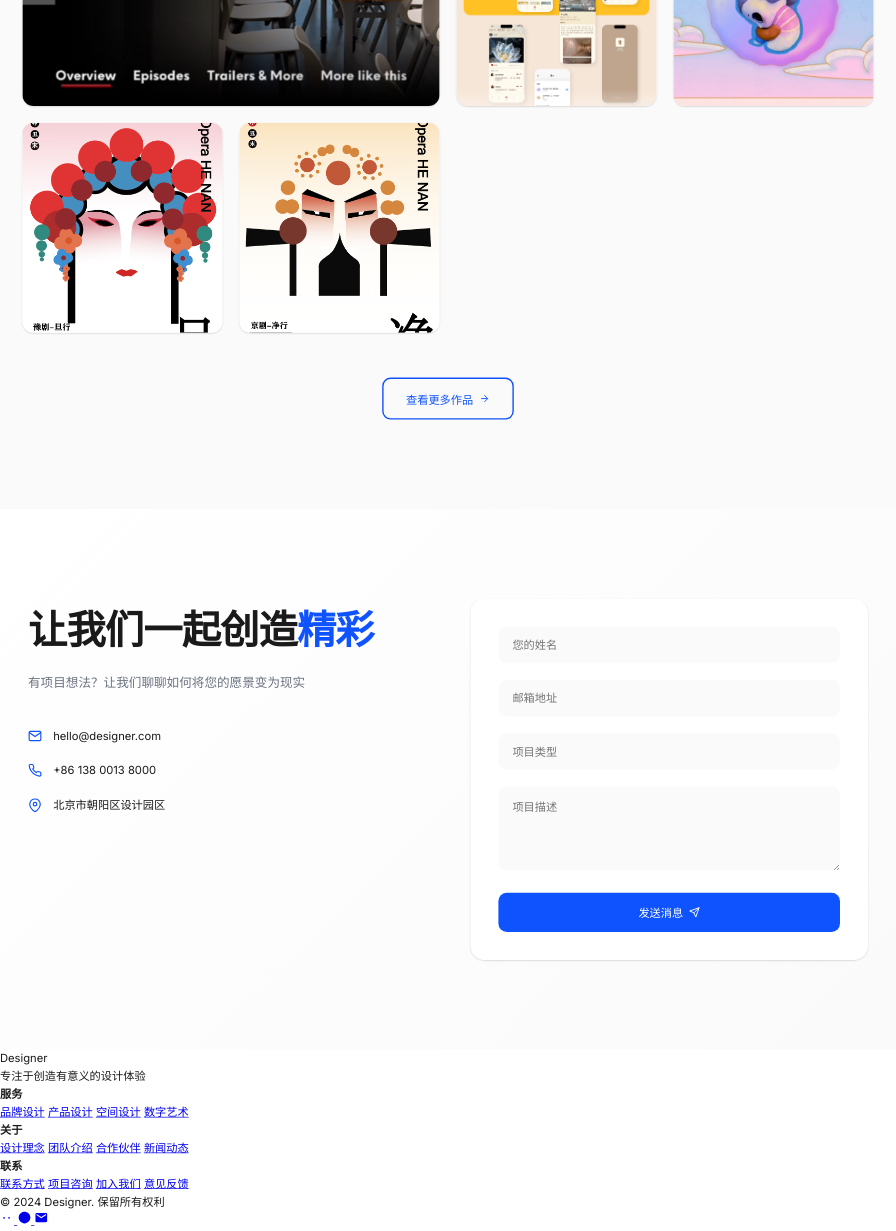
Repository: Nanzhexi/zhexi.github.io
Page: index.html
An editor plug-in stored every save of this project. The page is shown before and after the next save, followed by the edit.
The browser window is 1280 px wide. The pictures show the part of the page from y = 1518 to 3438 px (the page is 3276 px tall before and 3438 px after), at 70% of full size.

Above is the page before, as saved 2025-07-03 03:36:57.

After the next save:
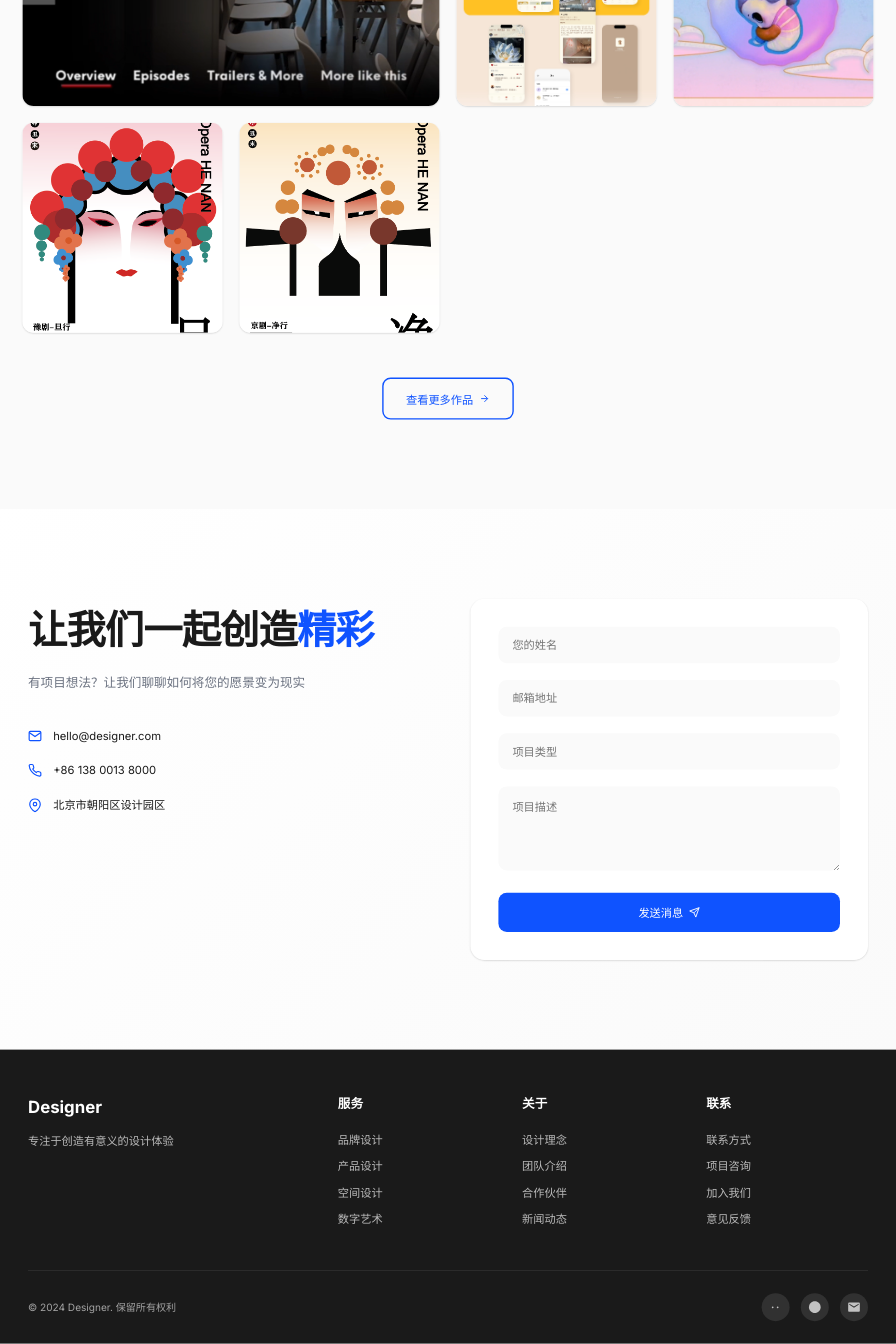
Saved 20 s later.
--- a/css/index.css
+++ b/css/index.css
@@ -452,6 +452,97 @@
     transform: translateX(4px);
 }
 
+/* Footer */
+.footer {
+    background: var(--text-primary);
+    color: white;
+    padding: 4rem 2rem 2rem;
+}
+
+.footer-content {
+    max-width: 1200px;
+    margin: 0 auto;
+    display: grid;
+    grid-template-columns: 1fr 2fr;
+    gap: 4rem;
+    margin-bottom: 3rem;
+}
+
+.footer-brand {
+    font-size: 1.5rem;
+    font-weight: 700;
+    margin-bottom: 1rem;
+}
+
+.footer-left p {
+    color: rgba(255, 255, 255, 0.7);
+    font-size: 1rem;
+    line-height: 1.6;
+}
+
+.footer-links {
+    display: grid;
+    grid-template-columns: repeat(3, 1fr);
+    gap: 2rem;
+}
+
+.footer-column h4 {
+    font-size: 1.125rem;
+    font-weight: 600;
+    margin-bottom: 1.5rem;
+    color: white;
+}
+
+.footer-column a {
+    display: block;
+    color: rgba(255, 255, 255, 0.7);
+    text-decoration: none;
+    margin-bottom: 0.75rem;
+    transition: color 0.3s ease;
+}
+
+.footer-column a:hover {
+    color: var(--primary-color);
+}
+
+.footer-bottom {
+    max-width: 1200px;
+    margin: 0 auto;
+    padding-top: 2rem;
+    border-top: 1px solid rgba(255, 255, 255, 0.1);
+    display: flex;
+    justify-content: space-between;
+    align-items: center;
+}
+
+.footer-bottom p {
+    color: rgba(255, 255, 255, 0.6);
+    font-size: 0.9rem;
+}
+
+.social-links {
+    display: flex;
+    gap: 1rem;
+}
+
+.social-links a {
+    display: flex;
+    align-items: center;
+    justify-content: center;
+    width: 40px;
+    height: 40px;
+    background: rgba(255, 255, 255, 0.1);
+    border-radius: 50%;
+    color: rgba(255, 255, 255, 0.7);
+    transition: all 0.3s ease;
+}
+
+.social-links a:hover {
+    background: var(--primary-color);
+    color: white;
+    transform: translateY(-2px);
+}
+
 /* Animations */
 @keyframes fadeInUp {
     from {
